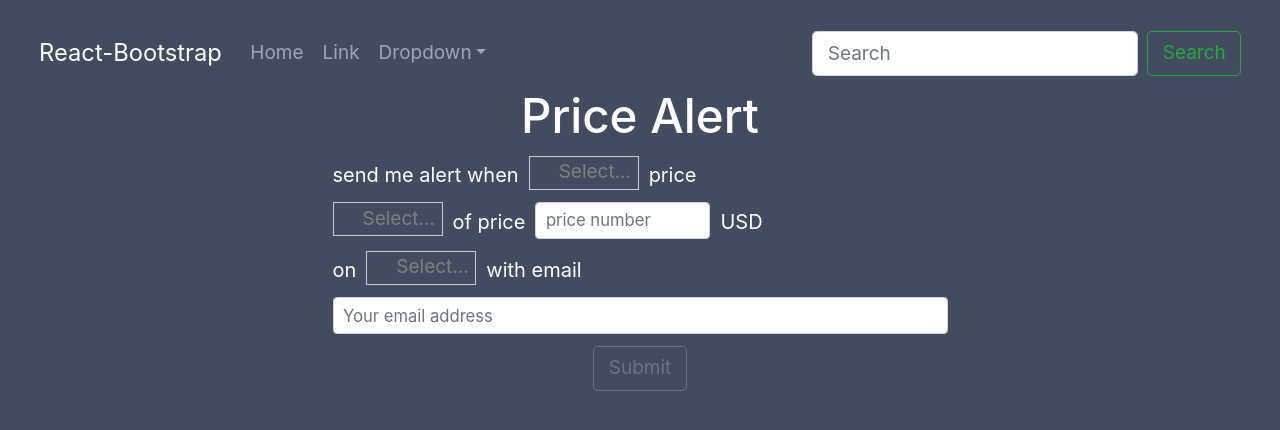
Repository: flychicken123/PriceAlertFront
Page: /
The author's editor kept a copy of each file at every save. The page is drawn from the files as they stood at one save, then again after the next save.
The browser window is 1280 px wide. The pictures show the whole page.
The page's requests for data from a server got no answer. The project was rebuilt for these pictures with package versions that can differ from the ones it lists, and the page was loaded fresh each time. No one was signed in, and anything a server would have sent is missing. Also part of the build but not shown: src/App.css.

Above is the page before, as saved 2021-03-07 14:19:01.

### public/index.html
<!DOCTYPE html>
<html lang="en">
  <head>
    <meta charset="utf-8" />
    <link rel="icon" href="%PUBLIC_URL%/favicon.ico" />
    <meta name="viewport" content="width=device-width, initial-scale=1" />
    <meta name="theme-color" content="#000000" />
    <meta
      name="description"
      content="Web site created using create-react-app"
    />
    <link rel="apple-touch-icon" href="%PUBLIC_URL%/logo192.png" />
    <!--
      manifest.json provides metadata used when your web app is installed on a
      user's mobile device or desktop. See https://developers.google.com/web/fundamentals/web-app-manifest/
    -->
    <link rel="manifest" href="%PUBLIC_URL%/manifest.json" />
    <link
  rel="stylesheet"
  href="https://cdn.jsdelivr.net/npm/bootstrap@4.6.0/dist/css/bootstrap.min.css"
  integrity="sha384-B0vP5xmATw1+K9KRQjQERJvTumQW0nPEzvF6L/Z6nronJ3oUOFUFpCjEUQouq2+l"
  crossorigin="anonymous"
/>
<link rel="stylesheet" href="https://fonts.googleapis.com/css?family=Roboto:300,400,500,700&display=swap" />

    <!--
      Notice the use of %PUBLIC_URL% in the tags above.
      It will be replaced with the URL of the `public` folder during the build.
      Only files inside the `public` folder can be referenced from the HTML.

      Unlike "/favicon.ico" or "favicon.ico", "%PUBLIC_URL%/favicon.ico" will
      work correctly both with client-side routing and a non-root public URL.
      Learn how to configure a non-root public URL by running `npm run build`.
    -->
    <title>React App</title>
  </head>
  <body>
    <noscript>You need to enable JavaScript to run this app.</noscript>
    <div id="root"></div>
    <!--
      This HTML file is a template.
      If you open it directly in the browser, you will see an empty page.

      You can add webfonts, meta tags, or analytics to this file.
      The build step will place the bundled scripts into the <body> tag.

      To begin the development, run `npm start` or `yarn start`.
      To create a production bundle, use `npm run build` or `yarn build`.
    -->
  </body>
</html>

### src/App.js
import logo from './logo.svg';
import './App.css';
import { BrowserRouter as Router, Switch, Route } from 'react-router-dom';
import TopNavbar from './components/TopNavbar';
import Home from './components/Home.jsx';
const App = () => {
  return (
    <Router>
      <TopNavbar />
      <Switch>
        <Route path='/' component={Home} />
      </Switch>
    </Router>
  )
}

export default App;

### src/components/TopNavbar.jsx
import React, { Component } from 'react';
import { Button, Navbar, Nav, NavDropdown, Form, FormControl } from "react-bootstrap";
const TopNavbar = () => {
    return (
        <div>
            <Navbar bg="#282c34" variant="dark" expand="lg">
                <Navbar.Brand href="#home">React-Bootstrap</Navbar.Brand>
                <Navbar.Toggle aria-controls="basic-navbar-nav" />
                <Navbar.Collapse id="basic-navbar-nav">
                    <Nav className="mr-auto">
                        <Nav.Link href="#home">Home</Nav.Link>
                        <Nav.Link href="#link">Link</Nav.Link>
                        <NavDropdown title="Dropdown" id="basic-nav-dropdown">
                            <NavDropdown.Item href="#action/3.1">Action</NavDropdown.Item>
                            <NavDropdown.Item href="#action/3.2">Another action</NavDropdown.Item>
                            <NavDropdown.Item href="#action/3.3">Something</NavDropdown.Item>
                            <NavDropdown.Divider />
                            <NavDropdown.Item href="#action/3.4">Separated link</NavDropdown.Item>
                        </NavDropdown>
                    </Nav>
                    <Form inline>
                        <FormControl type="text" placeholder="Search" className="mr-sm-2" />
                        <Button variant="outline-success">Search</Button>
                    </Form>
                </Navbar.Collapse>
            </Navbar>
        </div>
    )
};
export default TopNavbar

### src/components/Home.jsx
import React, { useState, Component, Select, useEffect, useCallback } from 'react';
import AsyncSelect from 'react-select/async';
import { Form, Container, Col, Button } from 'react-bootstrap';
import { Helmet } from 'react-helmet';
import '../css/Home.css';
export default function Home(props) {

    const [coinTypes, setCoinTypes] = useState([]);
    const [selectedOption, setSelectedOption] = useState(props ? props.match?.params?.template_id : null);
    const customStyles = {
        control: base => ({
            ...base,
            height: 34,
            minHeight: 27,
            maxHeight: 34,
            width: 110,
            textAlign: "50",
            fontSize: 14,
        }),
        dropdownIndicator: base => ({
            ...base,
            display: "none"
        }),
        indicatorSeparator: base => ({
            ...base,
            display: "none"
        }),
        valueContainer: base => ({
            ...base,
            bottom: 5,
            paddingLeft: 27,
        })
    };

    // const coinOptions = (f) => {
    //     return [{ name: "- select -", id: "" }, ...coinTypes].map((coinType) => {
    //         return {
    //             label: coinType.name,
    //             value: coinType.id
    //         }
    //     })
    // };
    const handleCoinChange = useCallback((coin_id) => {
        setSelectedOption(coin_id);
        console.log(coin_id.name);
    }, []);
    const fetchCoinList = () => {
        return fetch(`https://6043fea2a20ace001728e9b7.mockapi.io/api/v1/coinlist/coinlist`).then(res => res.json());
    }


    return (

        < div className='mainControl' >
            <Helmet>
                <style>{'body { background-color: #434c5f;text-align: center; padding: 20px;color: white; }'}</style>
            </Helmet>
            <Container fluid="md">

                <div style={{ display: 'flex', justifyContent: 'center', height: '50vh', backgroundColor: '#434c5f', width: '200' }}>

                    <Form>
                        <h1>Price Alert</h1>

                        <Form.Row className="row-space">

                            <Col lg="auto" ><Form.Text className="normalText">send me alert when</Form.Text></Col>
                            <Col md="auto">
                                <AsyncSelect
                                    cacheOptions
                                    defaultOptions
                                    onChange={handleCoinChange}
                                    value={selectedOption}
                                    loadOptions={fetchCoinList}
                                    getOptionValue={option => option.id}
                                    getOptionLabel={option => option.name}
                                    styles={customStyles}
                                    theme={theme => ({
                                        ...theme,
                                        borderRadius: 0,
                                        colors: {
                                            ...theme.colors,
                                            primary25: '#191f2b',
                                            primary: '#515c73f',
                                            neutral0: '434c5f',
                                            neutral80: 'white'

                                        },
                                    })}
                                />
                            </Col>
                            <Col xs="auto"><Form.Text className="normalText">price</Form.Text></Col>

                        </Form.Row>

                        <Form.Row className="row-space">
                            <Col xs="auto">
                                <AsyncSelect
                                    cacheOptions
                                    defaultOptions
                                    onChange={handleCoinChange}
                                    value={selectedOption}
                                    loadOptions={fetchCoinList}
                                    getOptionValue={option => option.id}
                                    getOptionLabel={option => option.name}
                                    styles={customStyles}
                                    theme={theme => ({
                                        ...theme,
                                        borderRadius: 0,
                                        colors: {
                                            ...theme.colors,
                                            primary25: '#191f2b',
                                            primary: '#515c73f',
                                            neutral0: '434c5f',
                                            neutral80: 'white'

                                        },
                                    })}
                                />

                            </Col>
                            <Col xs="auto"><Form.Text className="normalText">of price</Form.Text></Col>
                            <Col xs="auto"> <Form.Control className="smaller-input" htmlSize="10" size="sm" type="text" placeholder="price number" /></Col>
                            <Col xs="auto"><Form.Text className="normalText">USD</Form.Text></Col>
                        </Form.Row>
                        <Form.Row className="row-space">
                            <Col xs="auto"><Form.Text className="normalText">on</Form.Text></Col>
                            <Col xs="auto">
                                <AsyncSelect
                                    cacheOptions
                                    defaultOptions
                                    onChange={handleCoinChange}
                                    value={selectedOption}
                                    loadOptions={fetchCoinList}
                                    getOptionValue={option => option.id}
                                    getOptionLabel={option => option.name}
                                    styles={customStyles}
                                    theme={theme => ({
                                        ...theme,
                                        borderRadius: 0,
                                        colors: {
                                            ...theme.colors,
                                            primary25: '#191f2b',
                                            primary: '#515c73f',
                                            neutral0: '434c5f',
                                            neutral80: 'white'

                                        },
                                    })}
                                />
                            </Col>
                            <Col xs="auto"><Form.Text className="normalText">with email</Form.Text></Col>


                        </Form.Row>
                        <Form.Row className="row-space">
                            <Col xs="auto"> <Form.Control className="smaller-input" htmlSize="50" size="sm" type="text" placeholder="Your email address" /></Col>
                        </Form.Row>
                        <Button variant="outline-secondary">Submit</Button>
                    </Form>

                </div>
            </Container>
        </div >
    )
}

### src/css/Home.css
/* body {
    background-color: #282c34;
    color: white;
    padding: 40px;
    font-family: Arial;
    text-align: center;
  } */
  .normalText{font-size: 20px;}
  * {font-size: 19px;}

  .smaller-input {
    font-size: 5px;
    padding: 2px 7px;
  }
  .row-space{
    margin: 12px;
  }

Loaded but not shown: src/index.js (common file); src/index.css (common file); src/reportWebVitals.js (common file)

After the next save:
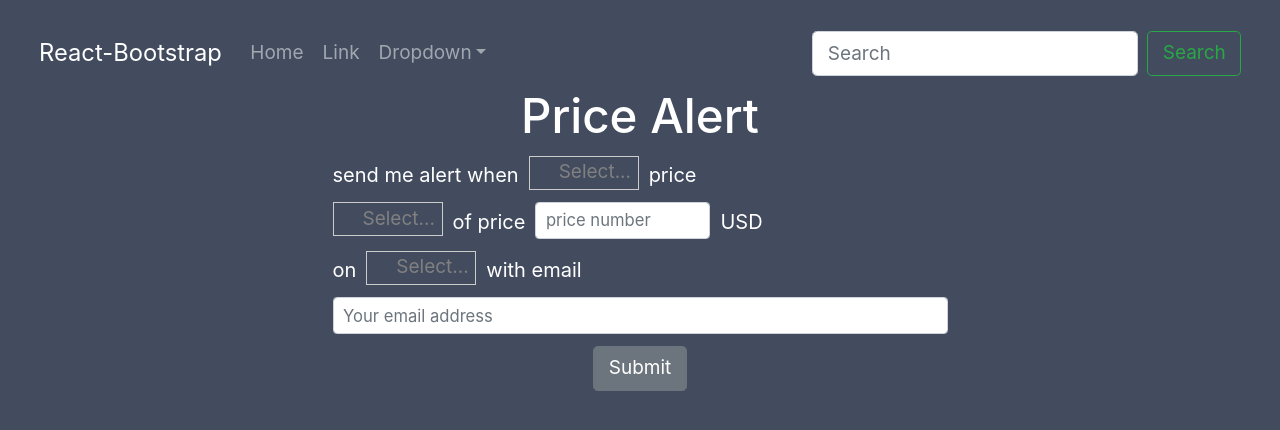
Saved 29 s later.
--- a/src/components/Home.jsx
+++ b/src/components/Home.jsx
@@ -156,7 +156,7 @@ export default function Home(props) {
                         <Form.Row className="row-space">
                             <Col xs="auto"> <Form.Control className="smaller-input" htmlSize="50" size="sm" type="text" placeholder="Your email address" /></Col>
                         </Form.Row>
-                        <Button variant="outline-secondary">Submit</Button>
+                        <Button variant="secondary">Submit</Button>
                     </Form>
 
                 </div>
